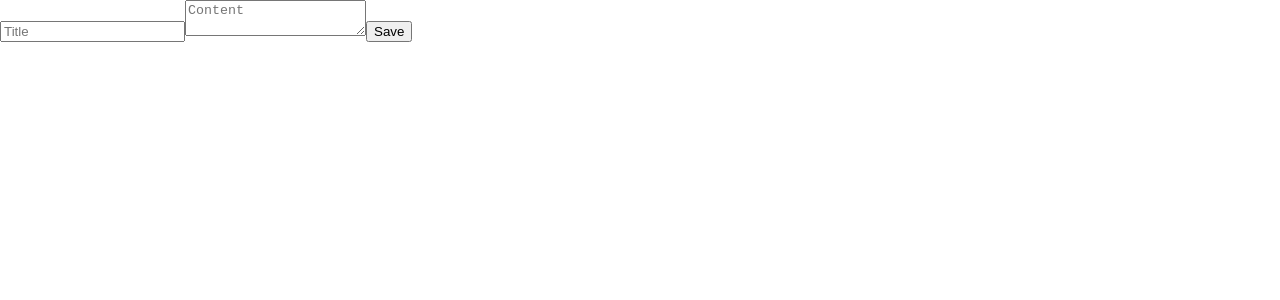
Repository: drumsmanku/google-keep-clone-1
Page: /
An editor plug-in stored every save of this project. The page is shown before and after the next save, followed by the edit.
The browser window is 1280 px wide. The pictures show the whole page.
The project was rebuilt for these pictures with package versions that can differ from the ones it lists, and the page was loaded fresh each time. Also part of the build but not shown: src/Components/Note.js.

Above is the page before, as saved 2023-12-22 15:17:50.

### src/App.js
import React, { useState, useEffect } from 'react';
import NoteList from './Components/NoteList';
import NoteForm from './Components/NoteForm';

function App() {
  // Load notes from local storage or set to empty array
  const [notes, setNotes] = useState(JSON.parse(localStorage.getItem('notes')) || []);

  useEffect(() => {
    // Save notes to local storage whenever notes state changes
    localStorage.setItem('notes', JSON.stringify(notes));
  }, [notes]);

  const createNote = (note) => {
    setNotes([note, ...notes]);
  };

  const deleteNote = (id) => {
    const updatedNotes = notes.filter(note => note.id !== id);
    setNotes(updatedNotes);
  };

  // Other functions like editNote would go here

  return (
    <div>
      <NoteForm onSave={createNote} />
      <NoteList notes={notes} onDelete={deleteNote} />
    </div>
  );
}

export default App;

### src/Components/NoteList.js
import React from 'react';
import Note from './Note';

function NoteList({ notes, onDelete }) {
  return (
    <div className="note-list">
      {notes.map(note => (
        <Note key={note.id} note={note} onDelete={() => onDelete(note.id)} />
      ))}
    </div>
  );
}

export default NoteList;

### src/Components/NoteForm.js
import React, { useState } from 'react';

function NoteForm({ onSave }) {
  const [title, setTitle] = useState('');
  const [content, setContent] = useState('');

  const handleSave = () => {
    if (title && content) {
      onSave({ id: Date.now(), title, content }); // Simplified; consider adding color property
      setTitle('');
      setContent('');
    }
  };

  return (
    <div className="note-form">
      <input
        type="text"
        value={title}
        onChange={e => setTitle(e.target.value)}
        placeholder="Title"
      />
      <textarea
        value={content}
        onChange={e => setContent(e.target.value)}
        placeholder="Content"
      />
      <button onClick={handleSave}>Save</button>
    </div>
  );
}

export default NoteForm;

Loaded but not shown: public/index.html (common file); src/index.js (common file); src/index.css (common file)

After the next save:
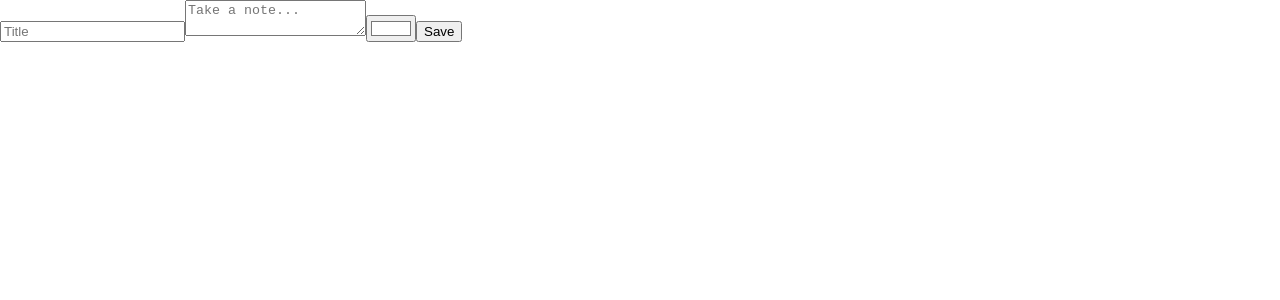
Saved 57 min 4 s later.
--- a/src/Components/NoteForm.js
+++ b/src/Components/NoteForm.js
@@ -3,30 +3,37 @@ import React, { useState } from 'react';
 function NoteForm({ onSave }) {
   const [title, setTitle] = useState('');
   const [content, setContent] = useState('');
+  const [color, setColor] = useState('#FFFFFF');
 
   const handleSave = () => {
     if (title && content) {
-      onSave({ id: Date.now(), title, content }); // Simplified; consider adding color property
+      onSave({ id: Date.now(), title, content, color }); // Now save with color property
       setTitle('');
       setContent('');
+      setColor('#FFFFFF'); // Reset color to default after saving
     }
   };
 
   return (
     <div className="note-form">
-      <input
-        type="text"
-        value={title}
-        onChange={e => setTitle(e.target.value)}
-        placeholder="Title"
-      />
-      <textarea
-        value={content}
-        onChange={e => setContent(e.target.value)}
-        placeholder="Content"
-      />
-      <button onClick={handleSave}>Save</button>
-    </div>
+    <input
+      type="text"
+      value={title}
+      onChange={(e) => setTitle(e.target.value)}
+      placeholder="Title"
+    />
+    <textarea
+      value={content}
+      onChange={(e) => setContent(e.target.value)}
+      placeholder="Take a note..."
+    />
+    <input
+      type="color"
+      value={color}
+      onChange={(e) => setColor(e.target.value)} // Update the note color
+    />
+    <button onClick={handleSave}>Save</button>
+  </div>
   );
 }
 
